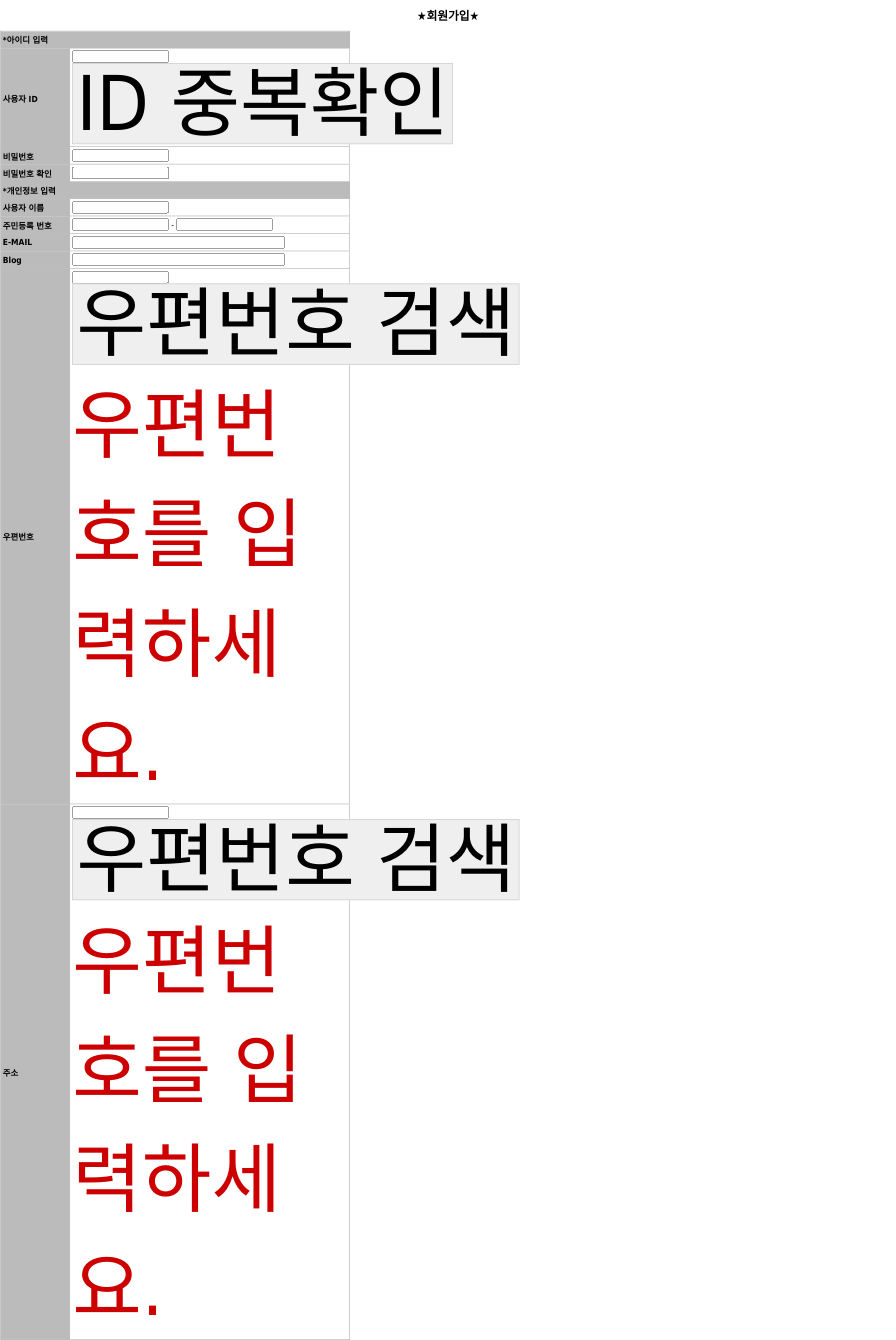
Repository: eParkjongtaek/lovedisket
Page: http://localhost/KH18_1/0904/inputForm.jsp
These files come from the project's save history. The page is drawn as it stood at one moment and after the next save; the edit follows.
The browser window is 1280 px wide. The pictures show the whole page, at 70% of full size.
The page is served by Tomcat 9.

Above is the page before, as saved 2017-09-04 04:25:47.

After the next save:
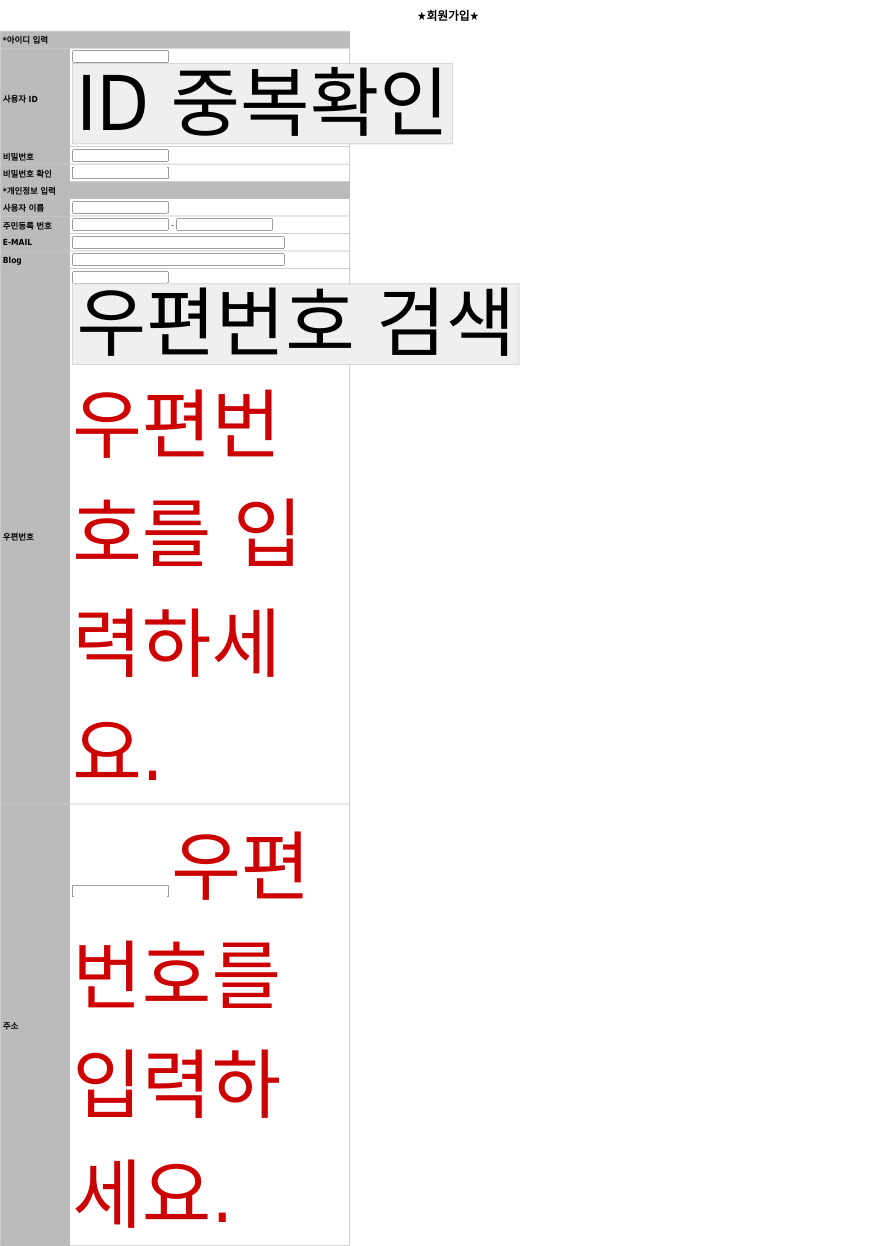
Saved 15 s later.
--- a/source/KH18_1/WebContent/0904/inputForm.jsp
+++ b/source/KH18_1/WebContent/0904/inputForm.jsp
@@ -119,7 +119,7 @@ function checkIt()
 				<tr>
 					<th>주소</th>
 					<td>
-						<input type="text" name="address" /><input type="button" value="우편번호 검색" class="inputBtn" onclick="javascript:zipCheck();" />
+						<input type="text" name="address" class="380" />
 						<span>우편번호를 입력하세요.</span>
 					</td>
 				</tr>
